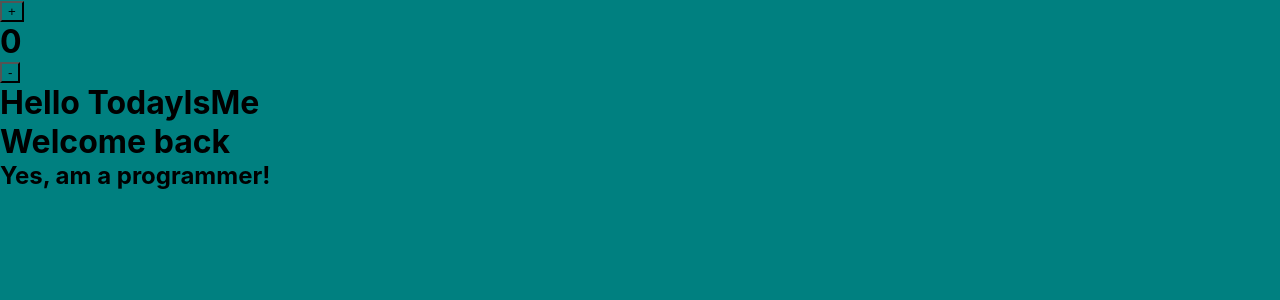
Repository: Exdevo/React
Page: /
An editor plug-in stored every save of this project. The page is shown before and after the next save, followed by the edit.
The browser window is 1280 px wide. The pictures show the whole page.
The project was rebuilt for these pictures with package versions that can differ from the ones it lists, and the page was loaded fresh each time. Also part of the build but not shown: src/ItemDescription.js, src/Product.js.

Above is the page before, as saved 2023-02-12 15:08:46.

After the next save:
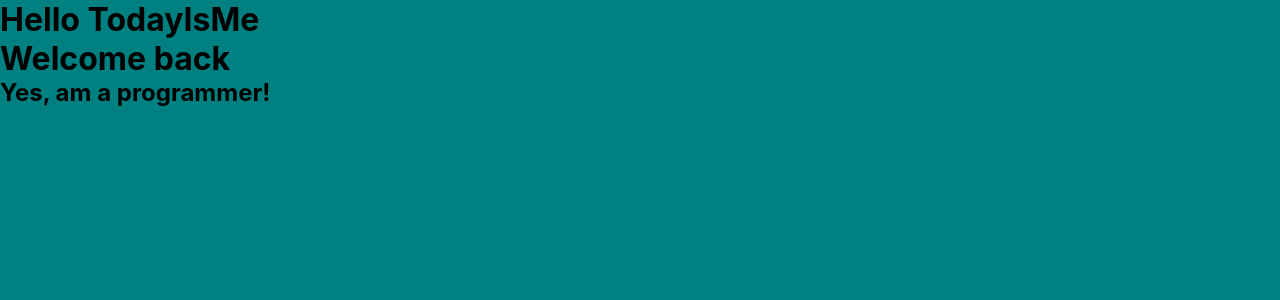
Saved 44 s later.
--- a/src/App.js
+++ b/src/App.js
@@ -12,9 +12,7 @@ function App() {
 
   return (
     <div className="App">
-      <button onClick={()=> setCounter((preCounter)=> preCounter +1)}>+</button>
-      <h1>{counter}</h1>
-      <button onClick={()=> setCounter((preCounter)=> preCounter -1)}>-</button>
+
      <h1> Hello {isProgrammer ? name : "TodayIsMe"} </h1>
      {name ?(
       <>Testing</>
